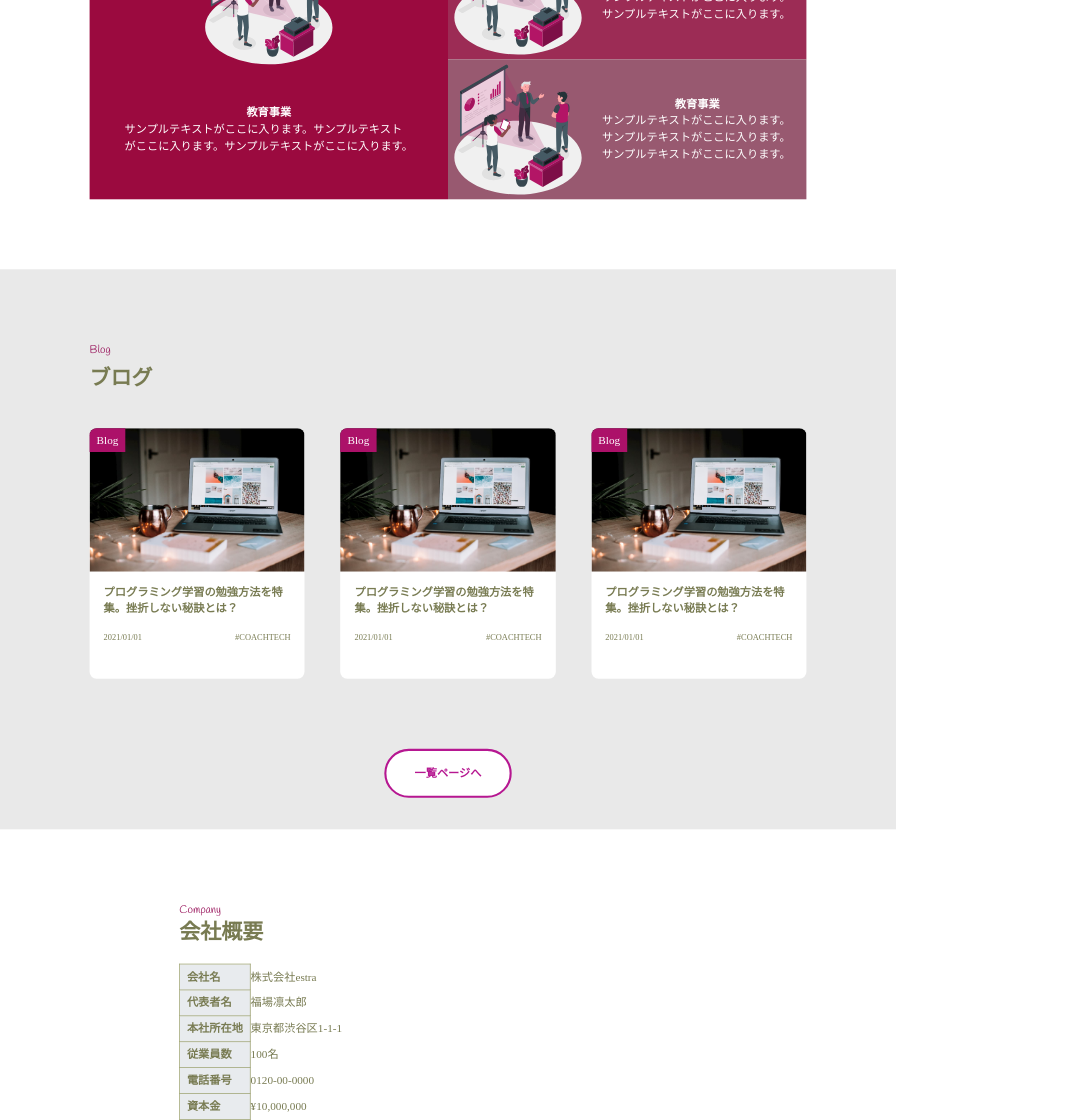
Repository: masanarimiura/20220504miura
Page: index.html
These files come from the project's save history. The page is drawn as it stood at one moment and after a run of saves; the edit follows.
The browser window is 1280 px wide. The page is 1536 px wide, so the pictures cover 1536 px, including what lies to the right of the window. The pictures show the part of the page from y = 2034 to 3634 px (the page is 3634 px tall), at 70% of full size.
Some web fonts or font styles are not loaded; a fallback is used.

Above is the page before, as saved 2022-05-05 01:01:30.

### index.html
<!DOCTYPE html>
<html lang="ja">

<head>
  <meta charset="UTF-8">
  <meta http-equiv="X-UA-Compatible" content="IE=edge">
  <meta name="viewport" content="width=device-width, initial-scale=1.0">
  <title>20220504miura</title>
  <link rel="stylesheet" href="css/reset.css">
  <link rel="stylesheet" href="css/style.css">
  <link rel="preconnect" href="https://fonts.googleapis.com">
  <link rel="preconnect" href="https://fonts.gstatic.com" crossorigin>
  <link href="https://fonts.googleapis.com/css2?family=Gochi+Hand&display=swap" rel="stylesheet">
  <link rel="preconnect" href="https://fonts.googleapis.com">
  <link rel="preconnect" href="https://fonts.gstatic.com" crossorigin>
  <link href="https://fonts.googleapis.com/css2?family=Handlee&display=swap" rel="stylesheet">
</head>

<header class="header">
  <div class="header-inner">
    <div class="header-logo">
      <a href="">ssssssss
        <img src="img/estra_logo.png" alt="">
      </a>
    </div>
    <nav class="header-nav">
      <ul class="header-nav-list">
        <li class="header-nav-item"><a href="" class="header-nav-link">
            News
          </a></li>
        <li class="header-nav-item"><a href="" class="header-nav-link">
            About
          </a></li>
        <li class="header-nav-item"><a href="" class="header-nav-link">
            Service
          </a></li>
        <li class="header-nav-item"><a href="" class="header-nav-link">
            Blog
          </a></li>
        <li class="header-nav-item"><a href="" class="header-nav-link">
            Company
          </a></li>
        <li class="header-nav-item"><a href="" class="header-nav-link">
            Contact
          </a></li>
      </ul>
    </nav>
  </div>
</header>
<div class="firstview">
  <img src="img/firstview.jpg" alt="">
  <div class="firstview-inner">
    <h2 class="firstview-ttl">
      Commit to the <span class="firstview-text-emphasis">growth</span> <br>for everone
    </h2>
    <div class="firstview">
      <p class="firstview-text">
        全ての人の<span class="firstview-text-emphasis">成長</span>にコミットする
      </p>
      <p class="firstview-en">
        Educational Technology Company <br>estra inc 2019
      </p>
    </div>
  </div>
</div>
<div class="news">
  <p class="news-icon icon">News</p>
  <h2 class="news-ttl">新着情報
  </h2>
  <table class="news-table">
    <tr class="news-table-tr">
      <td class="news-table-date">2021/01/01</td>
      <td class="news-table-news">ニュース</td>
      <td class="news-table-text">COACHTECHのサービスが開始されました。</td>
    </tr>
    <tr class="news-table-tr">
      <td class="news-table-date">2021/01/01</td>
      <td class="news-table-news">ニュース</td>
      <td class="news-table-text">COACHTECHのサービスが開始されました。</td>
    </tr>
    <tr class="news-table-tr">
      <td class="news-table-date">2021/01/01</td>
      <td class="news-table-news">ニュース</td>
      <td class="news-table-text">COACHTECHのサービスが開始されました。</td>
    </tr>
    <tr class="news-table-tr">
      <td class="news-table-date">2021/01/01</td>
      <td class="news-table-news">ニュース</td>
      <td class="news-table-text">COACHTECHのサービスが開始されました。</td>
    </tr>
    <tr class="news-table-tr">
      <td class="news-table-date">2021/01/01</td>
      <td class="news-table-news">ニュース</td>
      <td class="news-table-text">COACHTECHのサービスが開始されました。</td>
    </tr>
  </table>
</div>
<div class="about">
  <div class="about-top">
    <div class="about-icon icon">About</div>
    <h2 class="about-ttl">Technology x Coaching</h2>
  </div>
  <div class="about-inner">
    <div class="about-text">
      <p class="about-text-content">
        株式会社estraはデジタル化が遅れている教育業界に最新テクノロジーを導入することによって教育のDXを実現します。　<br><br>
        独自のオペレーションとコーチングを融合した新しい教育の仕組みにより、一人ひとりに合わせた最適な教育を提供します。
      </p>
    </div>
    <img src="img/about.jpg" alt="">
  </div>
</div>
<div class="service">
  <div class="service-top">
    <div class="service-icon icon">Service</div>
    <h2 class="service-ttl">サービス内容</h2>
  </div>
  <div class="service-box">
    <div class="service-box1">
      <img src="img/service__first.svg" alt="" class="service-img">
      <div class="service-explain1">
        <h3 class="service-box-ttl1">教育事業</h3>
        <p class="service-box-text1">サンプルテキストがここに入ります。サンプルテキストがここに入ります。サンプルテキストがここに入ります。</p>
      </div>
    </div>
    <div class="service-box2">
      <img src="img/service__first.svg" alt="" class="service-img">
      <div class="service-explain2">
        <h3 class="service-box-ttl2">教育事業</h3>
        <p class="service-box-text2">サンプルテキストがここに入ります。サンプルテキストがここに入ります。サンプルテキストがここに入ります。</p>
      </div>
    </div>
    <div class="service-box3">
      <img src="img/service__first.svg" alt="" class="service-img">
      <div class="service-explain2">
        <h3 class="service-box-ttl3">教育事業</h3>
        <p class="service-box-text3">サンプルテキストがここに入ります。サンプルテキストがここに入ります。サンプルテキストがここに入ります。</p>
      </div>
    </div>
  </div>
</div>
<div class="blog">
  <div class="blog-top">
    <div class="blog-icon icon">Blog</div>
    <h2 class="blog-ttl">ブログ</h2>
  </div>
  <div class="blog-main">
    <div class="blog-card">
      <img src="img/blog__first.jpg" alt="">
      <div class="blog-noti">Blog</div>
      <div class="blog-text">
        <p class="blog-text-content">プログラミング学習の勉強方法を特集。挫折しない秘訣とは？</p>
        <div class="blog-last">
          <div class="blog-date">2021/01/01</div>
          <div class="blog-tag">#COACHTECH</div>
        </div>
      </div>
    </div>
    <div class="blog-card">
      <img src="img/blog__first.jpg" alt="">
      <div class="blog-noti">Blog</div>
      <div class="blog-text">
        <p class="blog-text-content">プログラミング学習の勉強方法を特集。挫折しない秘訣とは？</p>
        <div class="blog-last">
          <div class="blog-date">2021/01/01</div>
          <div class="blog-tag">#COACHTECH</div>
        </div>
      </div>
    </div>
    <div class="blog-card">
      <img src="img/blog__first.jpg" alt="">
      <div class="blog-noti">Blog</div>
      <div class="blog-text">
        <p class="blog-text-content">プログラミング学習の勉強方法を特集。挫折しない秘訣とは？</p>
        <div class="blog-last">
          <div class="blog-date">2021/01/01</div>
          <div class="blog-tag">#COACHTECH</div>
        </div>
      </div>
    </div>
  </div>
  <div class="blog-btn">
    <a href="http://" class="blog-link">一覧ページへ</a>
  </div>
</div>
<div class="company">
  <div class="company-top">
    <div class="company-icon icon">Company</div>
    <div class="company-ttl">会社概要</div>
  </div>
  <table class="company-table">
    <tr class="company-tr">
      <th>会社名</th>
      <td>株式会社estra</td>
    </tr>
    <tr class="company-tr">
      <th>代表者名</th>
      <td>福場凛太郎</td>
    </tr>
    <tr class="company-tr">
      <th>本社所在地</th>
      <td>東京都渋谷区1-1-1</td>
    </tr>
    <tr class="company-tr">
      <th>従業員数</th>
      <td>100名</td>
    </tr>
    <tr class="company-tr">
      <th>電話番号</th>
      <td>0120-00-0000</td>
    </tr>
    <tr class="company-tr">
      <th>資本金</th>
      <td>&yen10,000,000</td>
    </tr>
  </table>
</div>

<body>

</body>

</html>

### css/style.css
* {
  color: rgb(120, 123, 82);
}
a {
  text-decoration: none;
  color: inherit;
}
.header {
  width: 100%;
}
.header-inner {
  display: flex;
  justify-content: space-between;
  margin: 10px 20px;
}
.header img {
  width: 100px;
}
.header-nav {
  margin: 10px 20px;
}
.header-nav-list {
  display: flex;
  justify-content: center;
}
.header-nav-item:not(:last-child) {
  padding-right: 20px;
}
.firstview {
  width: 100%;
  position: relative;
}
.firstview-inner {
  position: absolute;
  top: 20%;
  left: 20%;
  width: 100%;
}
.firstview img {
  width: 60%;
  margin: 0 0 0 auto;
  display: block;
}
.firstview-ttl {
  color: rgb(119, 21, 70);
  font-size: 50px;
  font-family: "Gochi Hand", cursive;
  line-height: 1.5;
}
.firstview-text {
  color: rgb(119, 21, 70);
  font-size: 20px;
  margin-top: 30px;
}
.firstview-en {
  line-height: 1.5;
  margin-top: 10px;
}
.firstview-text-emphasis {
  color: rgb(32, 134, 172);
  font-weight: bold;
}
.news {
  margin: 100px auto 0;
  width: 60%;
}
.icon {
  color: rgb(153, 21, 92);
  font-family: "Handlee", cursive;
  line-height: 2;
}
.news-ttl {
  font-size: 30px;
  color: rgb(114, 110, 95);
}
.news-table {
  align-items: center;
  border-top: 2px solid rgb(114, 110, 95);
  border-bottom: 2px solid rgb(114, 110, 95);
  margin-top: 20px;
}
.news-table-tr {
  border-bottom: 1px solid rgb(182, 177, 160);
  padding: 30px 0;
}
.news-table-tr td {
  padding: 20px 20px 20px 0;
}
.news-table-news {
  background-color: brown;
  display: inline-block;
  padding: 1px 1px;
  border-radius: 6px;
  margin: 0 0;
  text-align: center;
  align-items: center;
  color: #fff;
}
.about {
  width: 100%;
  background-color: rgb(233, 233, 233);
  margin-top: 100px;
  line-height: 1.5;
  height: 500px;
  padding: 50px 0 20px;
}
.about-top {
  text-align: center;
  margin: 20px;
}
.about-ttl {
  font-size: 30px;
  margin-bottom: 50px;
}
.about-inner {
  display: flex;
  justify-content: space-around;
}
.about-text {
  width: 30%;
}
.about-inner img {
  width: 30%;
}
.service {
  width: 80%;
  margin: 100px auto 0;
}
.service-top {
  margin-bottom: 50px;
}
.service-ttl {
  font-size: 30px;
}
.service-box {
  display: grid;
  grid-template-rows: 50% 50%;
  grid-template-columns: 50% 50%;
}
.service-box1 img,
.service-box2 img,
.service-box3 img {
  width: 200px;
  display: inline-block;
}
.service-box1 img {
  margin: 0 auto;
}
.service-box-ttl1,
.service-box-ttl2,
.service-box-ttl3,
.service-box-text1,
.service-box-text2,
.service-box-text3 {
  color: #fff;
}
.service-box-ttl1,
.service-box-ttl2,
.service-box-ttl3 {
  text-align: center;
}
.service-box1 {
  grid-column: 1/2;
  grid-row: 1/3;
  background-color: rgb(155, 10, 63);
  width: 100%;
  display: flex;
  flex-direction: column;
  justify-content: center;
}
.service-explain1 {
  line-height: 1.5;
  margin: 50px;
}
.service-box2 {
  grid-column: 2/3;
  grid-row: 1/2;
  background-color: rgb(156, 44, 85);
  width: 100%;
  display: flex;
  align-items: center;
}
.service-explain2 {
  line-height: 1.5;
  margin: 50px 20px;
}
.service-box3 {
  grid-column: 2/3;
  grid-row: 2/3;
  background-color: rgb(152, 89, 112);
  width: 100%;
  display: flex;
  align-items: center;
}
.service-explain3 {
  line-height: 1.5;
  margin: 50px 20px;
}
.blog {
  width: 100%;
  background-color: rgb(233, 233, 233);
  margin: 100px auto 0;
  line-height: 1.5;
  height: 700px;
  padding: 100px 0 0px;
}
.blog-top {
  width: 80%;
  margin: 0px auto auto;
}
.blog-ttl {
  font-size: 30px;
}
.blog-main {
  margin: 50px 10% auto;
  display: flex;
  justify-content: space-between;
}
.blog-card {
  width: 30%;
  border-radius: 10px;
  position: relative;
  background: #fff;
}
.blog-card img {
  width: 100%;
  border-radius: 10px 10px 0 0;
}
.blog-noti {
  position: absolute;
  top: 0;
  left: 0;
  background-color: rgb(172, 17, 105);
  color: #fff;
  padding: 5px 10px;
  border-radius: 10px 0 0 0;
}
.blog-text {
  padding: 10px 20px;
}
.blog-text-content {
  font-weight: bold;
}
.blog-last {
  margin: 20px 0;
  padding-bottom: 20px;
  display: flex;
  justify-content: space-between;
  font-size: 12px;
}
.blog-btn {
  display: flex;
  justify-content: center;
  margin: 100px;
}
.blog-link {
  background-color: #fff;
  padding: 20px 40px;
  border: 3px solid rgb(182, 23, 145);
  border-radius: 50px;
  font-weight: bold;
  color: rgb(182, 23, 145);
}
.company {
  width: 60%;
  margin: 100px auto 0;
}
.company-ttl {
  font-size: 30px;
  font-weight: bold;
}
.company-table {
  margin: 30px 0 0;
}
.company-tr th {
  background-color: rgb(232, 235, 238);
  padding: 10px;
  text-align: left;
  border: 1px solid rgb(153, 158, 105);
}
.company-tr td {
  p
}

Loaded but not shown: css/reset.css (common file)

After the next 2 saves:
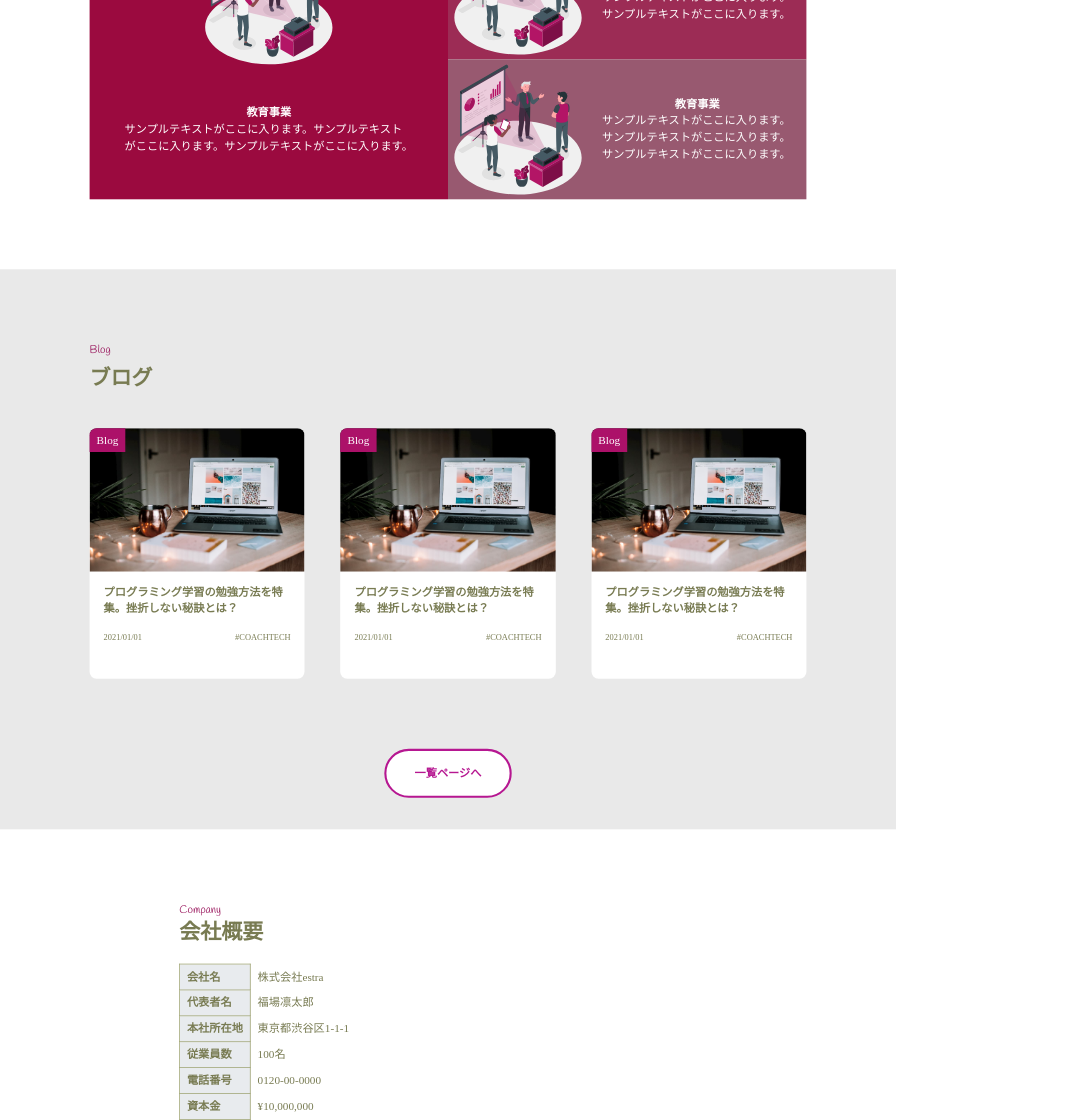
The 2 saves are shown as one change because they came seconds apart.
The last was saved 7 s later.
--- a/css/style.css
+++ b/css/style.css
@@ -279,5 +279,6 @@
   border: 1px solid rgb(153, 158, 105);
 }
 .company-tr td {
-  p
-}
+  padding: 10px;
+
+}
